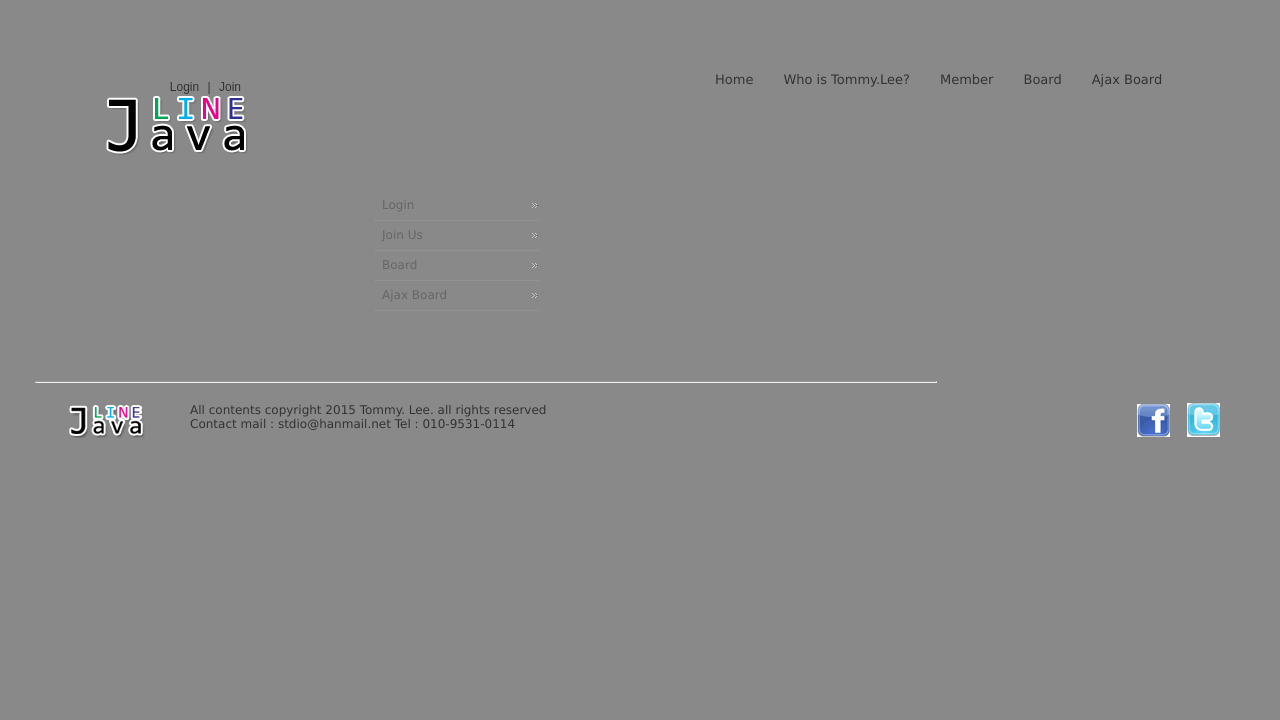
Repository: JIYEON25/HTML-CSS-JS
Page: http://localhost/myHTML/
These files come from the project's save history. The page is drawn as it stood at one moment and after the next save; the edit follows.
The browser window is 1280 px wide. The pictures show the whole page.
The page is served by Tomcat 9.

Above is the page before, as saved 2023-09-06 06:47:37.

After the next save:
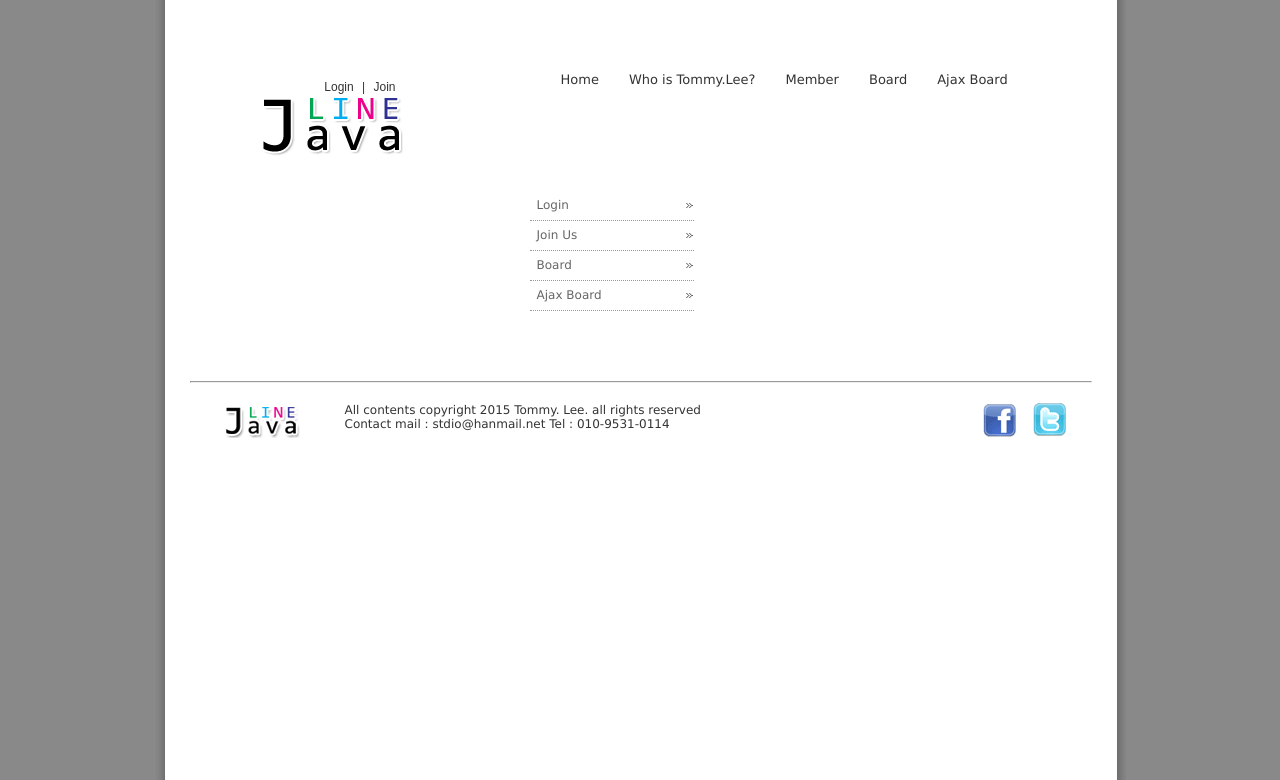
Saved 5 s later.
--- a/myJSP/myHTML/src/main/webapp/css/default.css
+++ b/myJSP/myHTML/src/main/webapp/css/default.css
@@ -6,7 +6,7 @@
 	line-height:1.2em; color:#333;
 }
 
-#wrap{
+#warp{
 	width:971px; /*각 웹페이지의 크기에 맞게 사이즈 조정*/
 	text-align:left; margin:0;
 	margin-right:auto; margin-left: auto;
